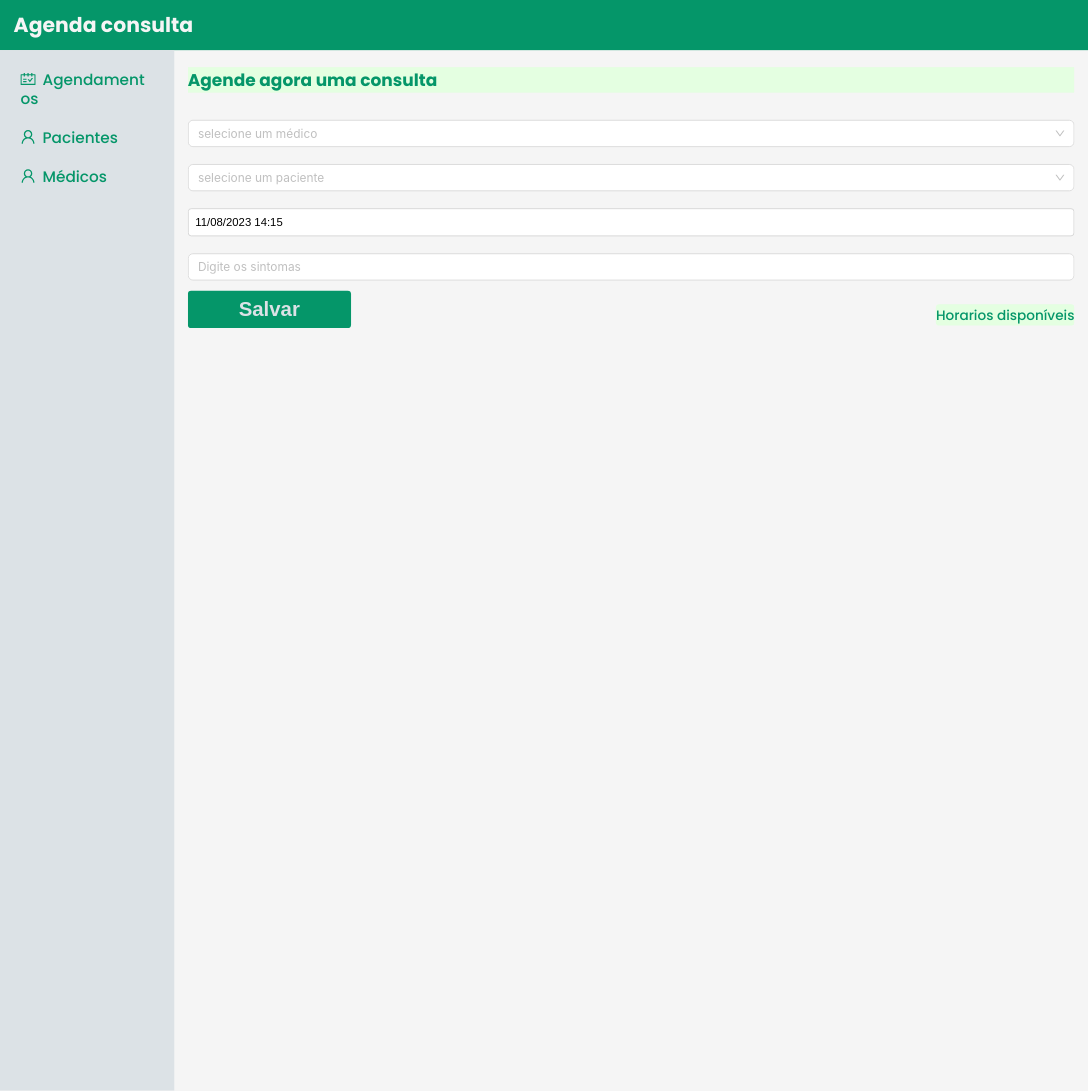
Repository: BarbaraCD/agendaconsulta
Page: /appointments/new
These files come from the project's save history. The page is drawn as it stood at one moment and after the next save; the edit follows.
The browser window is 1280 px wide. The pictures show the whole page, at 85% of full size.
The project was rebuilt for these pictures with package versions that can differ from the ones it lists, and the page was loaded fresh each time. Requests to the local data server were answered from the project's data file. Also part of the build but not shown: vite.config.ts, src/styles/StyleList.ts, src/components/Doctors.tsx, src/styles/InputContainer.ts, src/components/InputDoctors.tsx, src/styles/CreateContainer.ts, src/components/CreateDoctor.tsx, src/components/Patients.tsx and 3 more.

Above is the page before, as saved 2023-08-11 15:13:27.

After the next save:
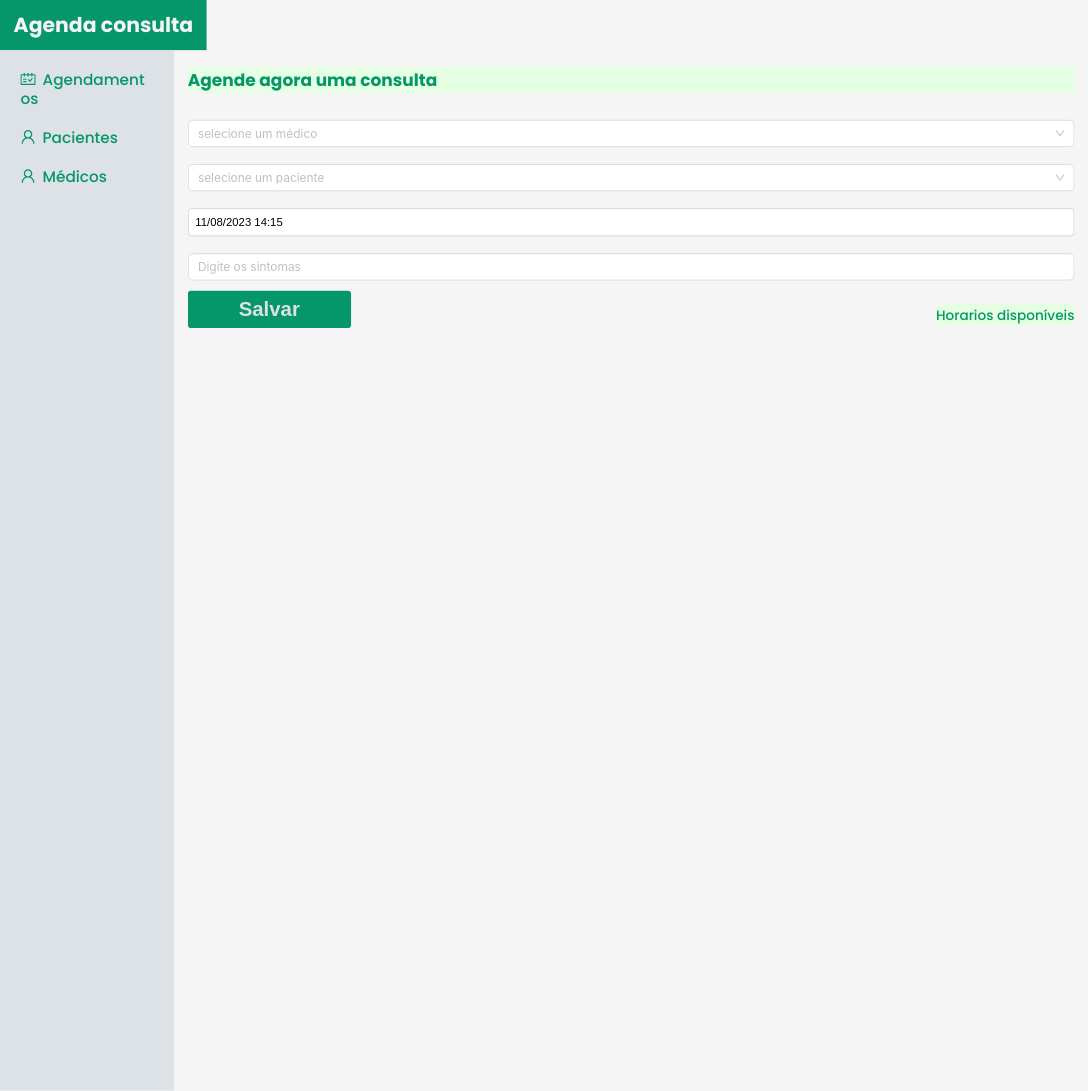
Saved 29 s later.
--- a/src/components/Header.tsx
+++ b/src/components/Header.tsx
@@ -4,7 +4,7 @@
 const Container = styled.div`
   background-color: ${(props) => props.theme.colors.primary};
   padding: 12px 16px;
-  min-width: 80vw;
+  width: max-content;
   font-weight: 700;
   word-break: keep-all;
 `

After the save that followed:
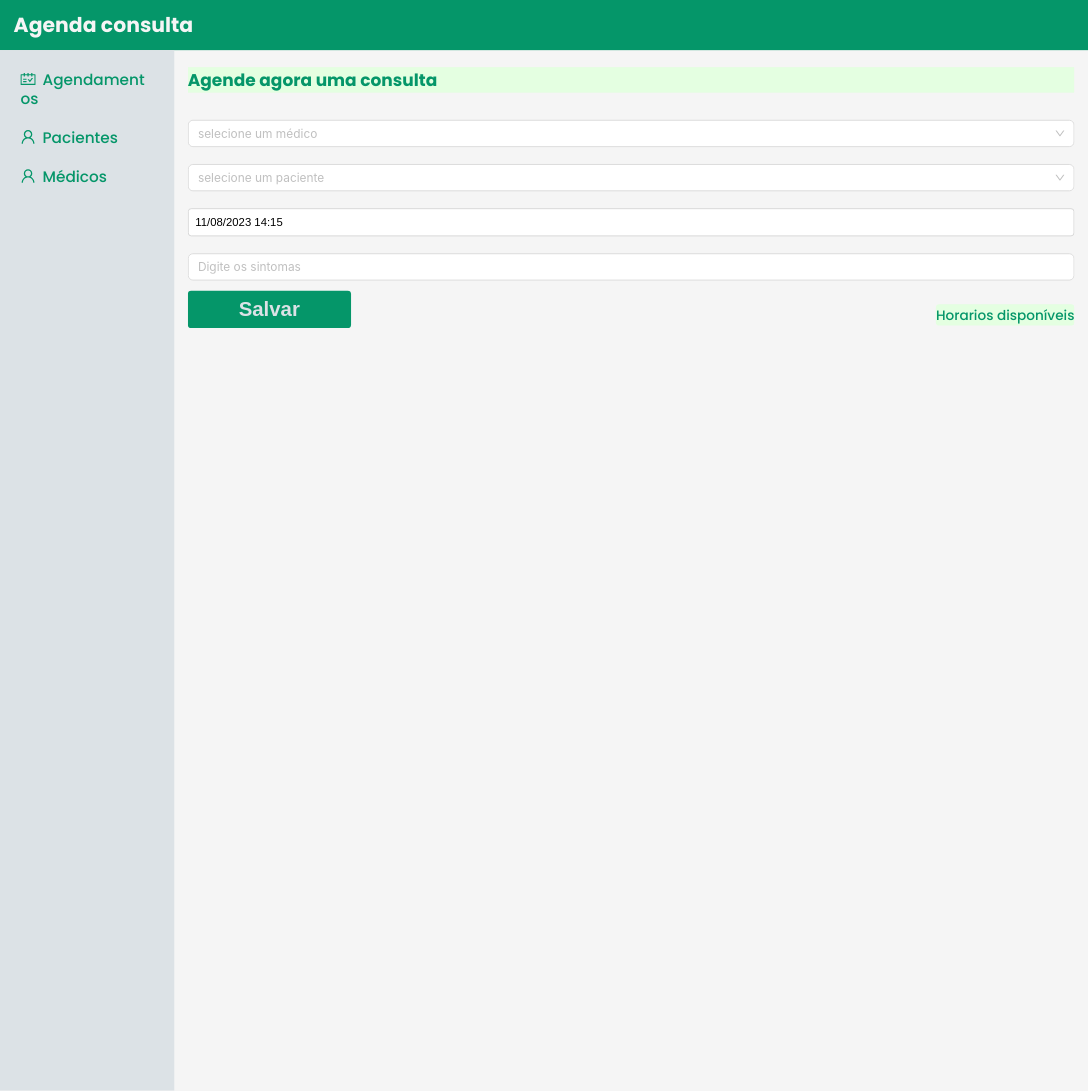
Saved 7 s later.
--- a/src/components/Header.tsx
+++ b/src/components/Header.tsx
@@ -4,7 +4,7 @@
 const Container = styled.div`
   background-color: ${(props) => props.theme.colors.primary};
   padding: 12px 16px;
-  width: max-content;
+  width: 100%;
   font-weight: 700;
   word-break: keep-all;
 `
